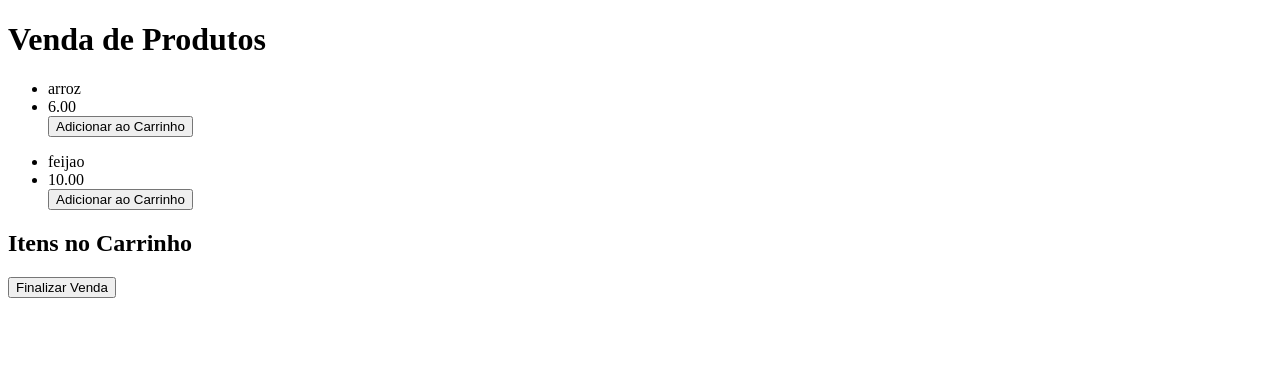
Repository: joaobatistafrontend/test-venda
Page: http://localhost/
The author's editor kept a copy of each file at every save. The page is drawn from the files as they stood at one save, then again after the next save.
The browser window is 1280 px wide. The pictures show the whole page.
The page is served by the project's application, run on Django 4.2 (manage.py). The page reads the database file committed with the project. Queries for data that is not in the repository find no rows.

Above is the page before, as saved 2024-09-23 00:55:25.

After the next save:
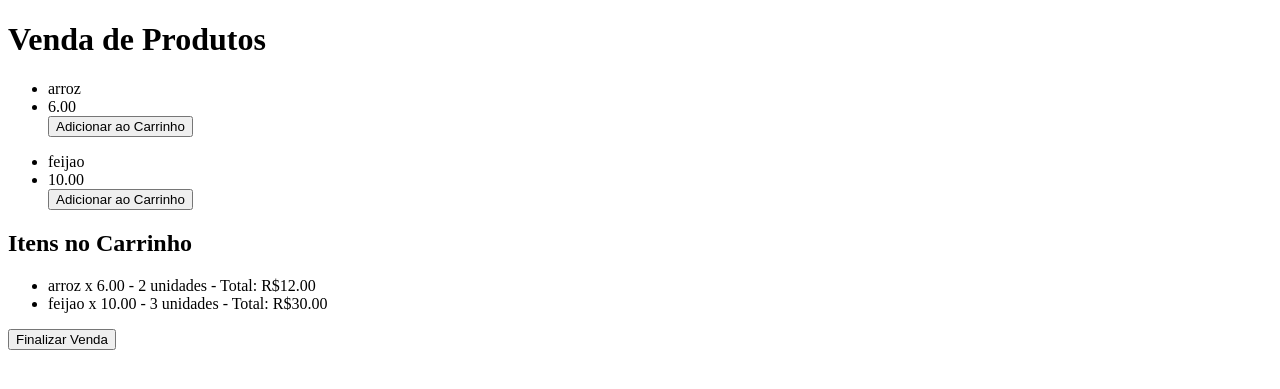
Saved 8 s later.
--- a/templates/venda.html
+++ b/templates/venda.html
@@ -26,7 +26,7 @@
     <!-- Exibição do conteúdo do carrinho -->
     <h2>Itens no Carrinho</h2>
     <ul>
-        {% for item in carinho %}
+        {% for item in item %}
             <li>{{ item.produto }} - {{ item.quantidade }} unidades - Total: R${{ item.preco_total }}</li>
         {% endfor %}
     </ul>
